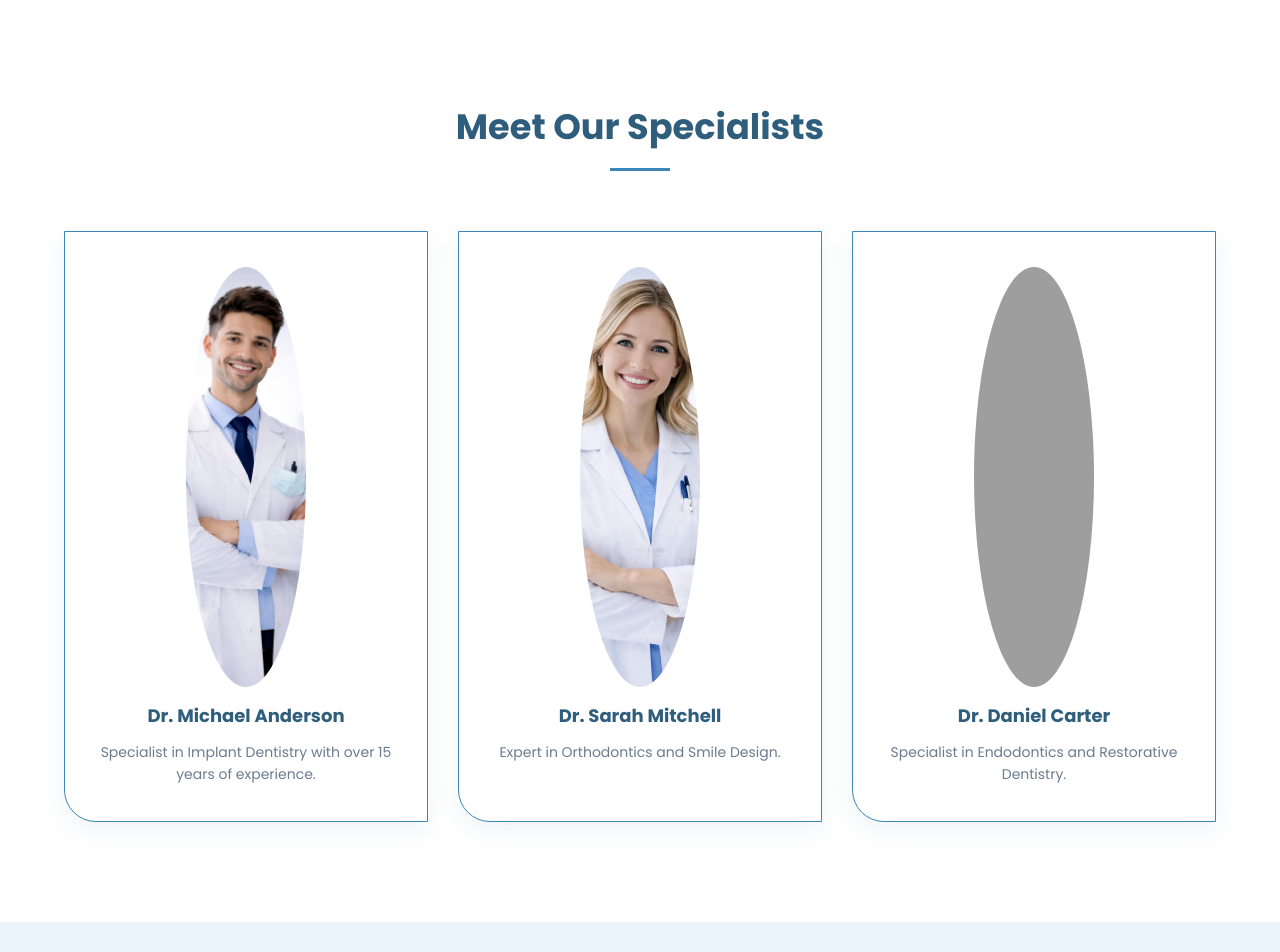
Repository: davidfsillva/OdontoPrime
Page: about.html
The author's editor kept a copy of each file at every save. The page is drawn from the files as they stood at one save, then again after the next save.
The browser window is 1280 px wide. The pictures show the part of the page from y = 1580 to 2532 px (the page is 3673 px tall).
Pictures or frames that could not be fetched are drawn as grey boxes. A picture or video elsewhere on the page could not be fetched, so the positions and the page height are approximate.

Above is the page before, as saved 2026-02-16 22:10:49.

After the next save:
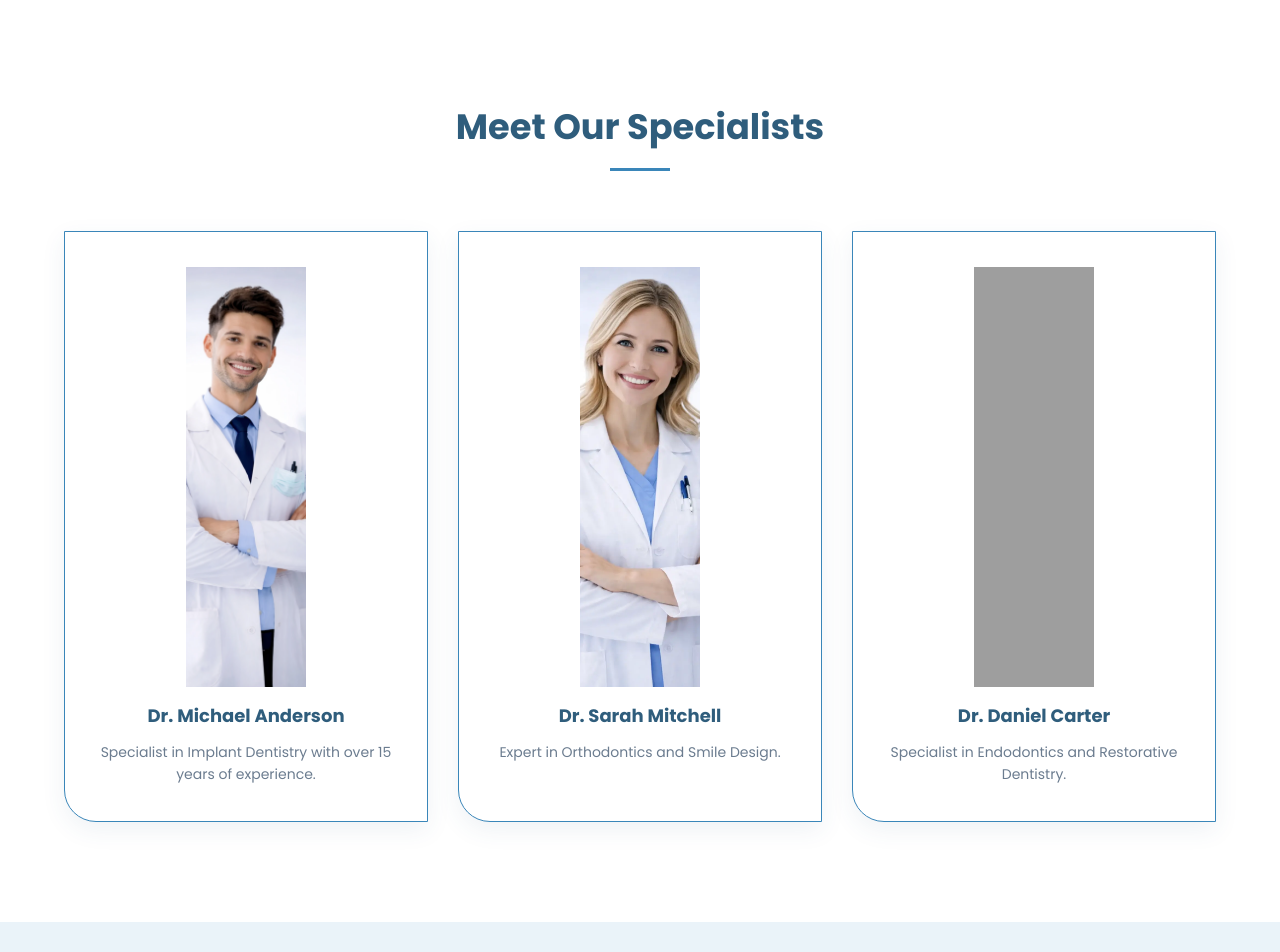
Saved 11 s later.
--- a/style.css
+++ b/style.css
@@ -325,7 +325,6 @@ nav a.active{
     width: 120px;  /* aumenta para 120px de largura */
     height: 420px; /* garante que fique quadrada */
     object-fit: cover; /* mantém proporção e recorta se necessário */
-    border-radius: 50%; /* deixa redonda */
     margin: 0 auto 15px auto; /* centraliza horizontalmente e dá espaçamento abaixo */
     display: block;
 }
